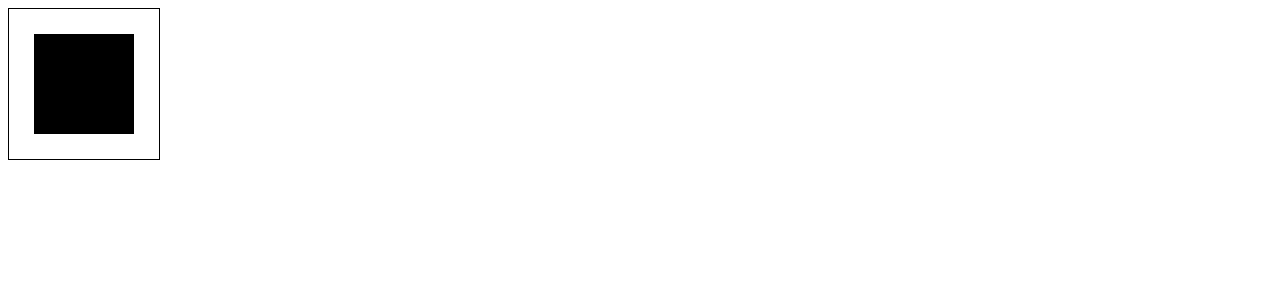
Repository: SeungYn/Javascript-study-toy
Page: canvas-tutorial/index.html
These files come from the project's save history. The page is drawn as it stood at one moment and after the next save; the edit follows.
The browser window is 1280 px wide. The pictures show the whole page.

Above is the page before, as saved 2023-03-14 11:19:53.

After the next save:
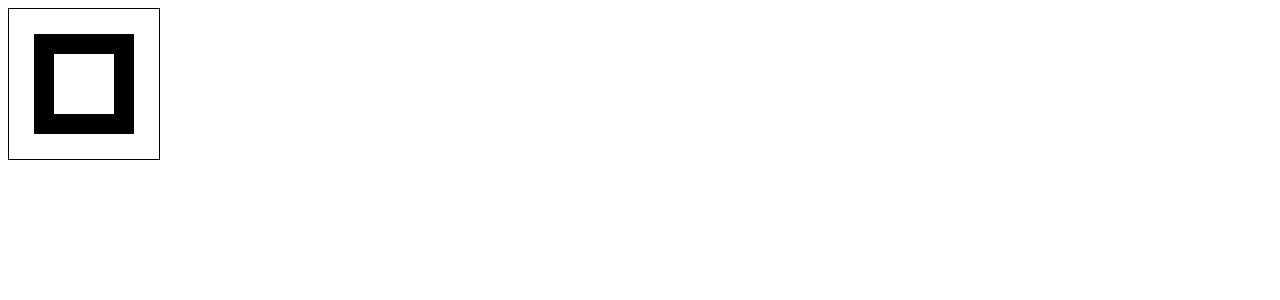
Saved 76 s later.
--- a/canvas-tutorial/index.html
+++ b/canvas-tutorial/index.html
@@ -20,5 +20,6 @@
     const ctx = canvas.getContext('2d');
 
     ctx.fillRect(25, 25, 100, 100);
+    ctx.clearRect(45, 45, 60, 60);
   </script>
 </html>

After the save that followed:
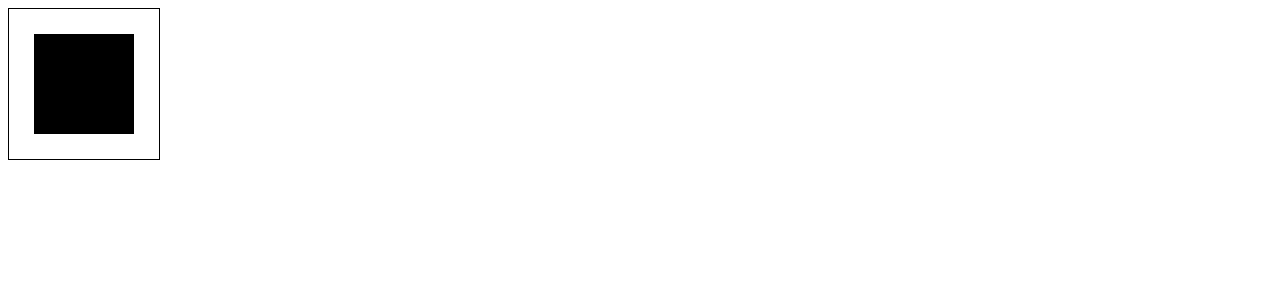
Saved 8 s later.
--- a/canvas-tutorial/index.html
+++ b/canvas-tutorial/index.html
@@ -20,6 +20,6 @@
     const ctx = canvas.getContext('2d');
 
     ctx.fillRect(25, 25, 100, 100);
-    ctx.clearRect(45, 45, 60, 60);
+    ctx.strokeRect(50, 50, 50, 50);
   </script>
 </html>
